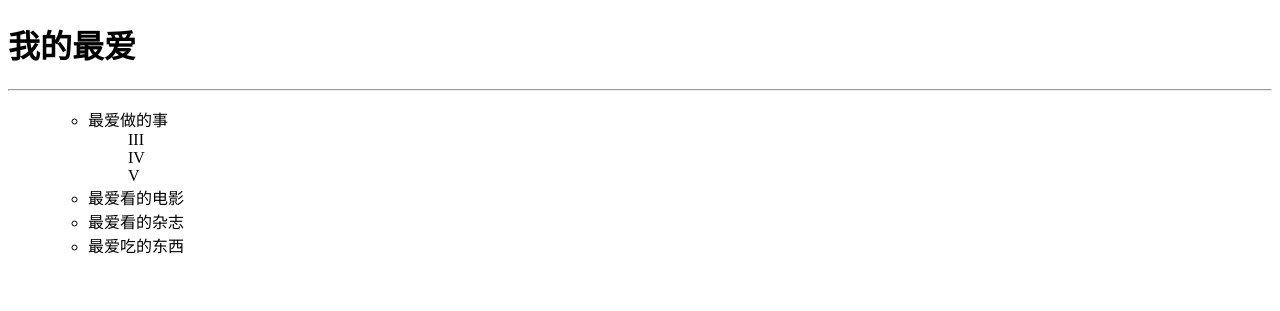
Repository: kirtonew/Compeititon2022-1
Page: node/test.html
An editor plug-in stored every save of this project. The page is shown before and after the next save, followed by the edit.
The browser window is 1280 px wide. The pictures show the whole page.

Above is the page before, as saved 2022-09-05 14:36:22.

### node/test.html
<!DOCTYPE html>
<html lang="en">
<head>
    <meta charset="UTF-8">
    <meta http-equiv="X-UA-Compatible" content="IE=edge">
    <meta name="viewport" content="width=device-width, initial-scale=1.0">
    <title>Document</title>
</head>
<body>
    <h1>我的最爱</h1>
<hr>
</hr>
    <ul>
        <ul>
            <li>最爱做的事</li>
            <ul>
                III

            </ul>
            <ul>
                IV
            </ul>
            <ul>
                V
            </ul>
            <li>最爱看的电影</li>
            <li>最爱看的杂志</li>
            <li>最爱吃的东西</li>

        </ul>
    </ul>
</body>
</html>

After the next save:
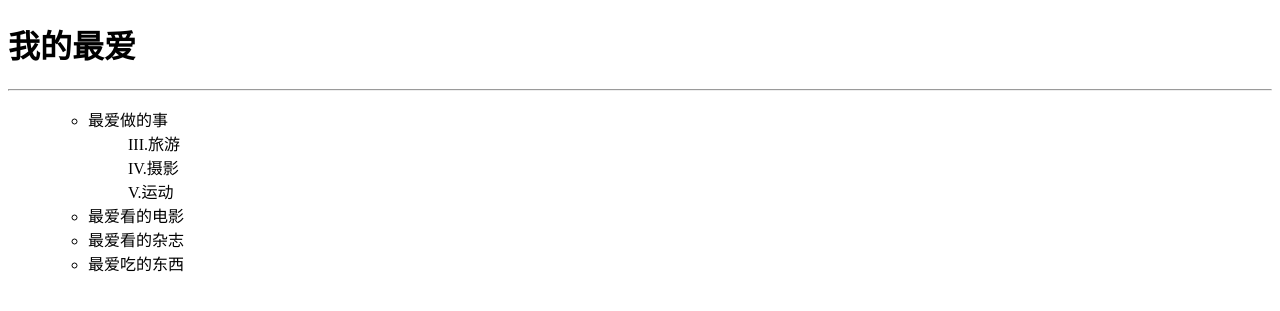
Saved 18 s later.
--- a/node/test.html
+++ b/node/test.html
@@ -14,14 +14,14 @@
         <ul>
             <li>最爱做的事</li>
             <ul>
-                III
+                III.旅游
 
             </ul>
             <ul>
-                IV
+                IV.摄影
             </ul>
             <ul>
-                V
+                V.运动
             </ul>
             <li>最爱看的电影</li>
             <li>最爱看的杂志</li>
